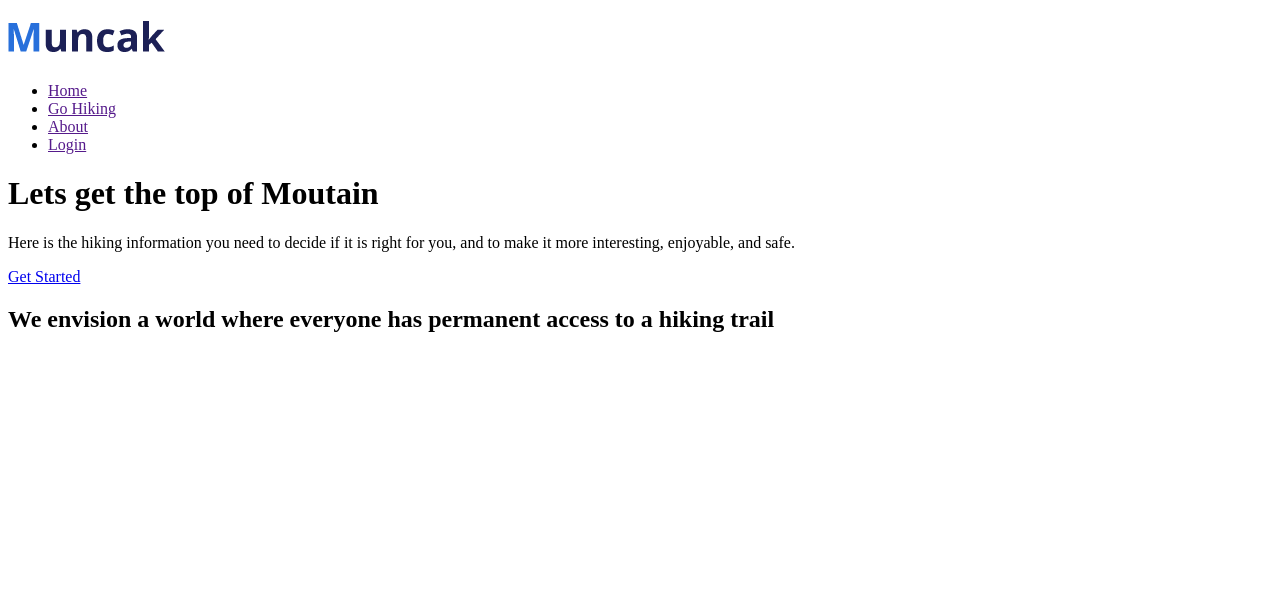
Repository: huubinh98/Project
Page: muncak/index.html
An editor plug-in stored every save of this project. The page is shown before and after the next save, followed by the edit.
The browser window is 1280 px wide. The pictures show the whole page.

Above is the page before, as saved 2021-08-28 14:22:57.

### muncak/index.html
<!DOCTYPE html>
<html lang="en">

<head>
    <meta charset="UTF-8">
    <meta http-equiv="X-UA-Compatible" content="IE=edge">
    <meta name="viewport" content="width=device-width, initial-scale=1.0">
    <link rel="stylesheet" href="./style.css">
    <link rel="preconnect" href="https://fonts.googleapis.com">
    <link rel="preconnect" href="https://fonts.gstatic.com" crossorigin>
    <link href="https://fonts.googleapis.com/css2?family=Open+Sans:wght@300;400;600;700&display=swap" rel="stylesheet">
    <title>Muncak</title>
</head>

<body>
    <header class="header">
        <div class="container">
            <h1 class="logo"><a href="" class="logo-link"><img src="./image/Muncak.png" alt="" class="logo-img"></a>
            </h1>
            <ul class="nav-list">
                <li class="nav-item">
                    <a href="" class="nav-item-link">Home</a>
                </li>
                <li class="nav-item">
                    <a href="" class="nav-item-link">Go Hiking</a>
                </li>
                <li class="nav-item">
                    <a href="" class="nav-item-link">About</a>
                </li>
                <li class="nav-item">
                    <a href="" class="nav-item-link">Login</a>
                </li>
            </ul>
        </div>
        <div class="container-small">
            <h1 class="heading-banner">Lets get the top of Moutain</h1>
            <p class="heading-desc">Here is the hiking information you need to decide
                if it is right for you, and to make it more interesting,
                enjoyable, and safe.</p>
            <a href="#" class="btn"> Get Started</a>
        </div>
    </header>
    <section class="about">
        <div class="container">
            <h2 class="container-small">We envision a world  where everyone
                has permanent access to a hiking trail</h2>
        </div>
    </section>
</body>

</html>

Loaded but not shown: muncak/style.css (no stored copy; drawn as an empty file)

After the next save:
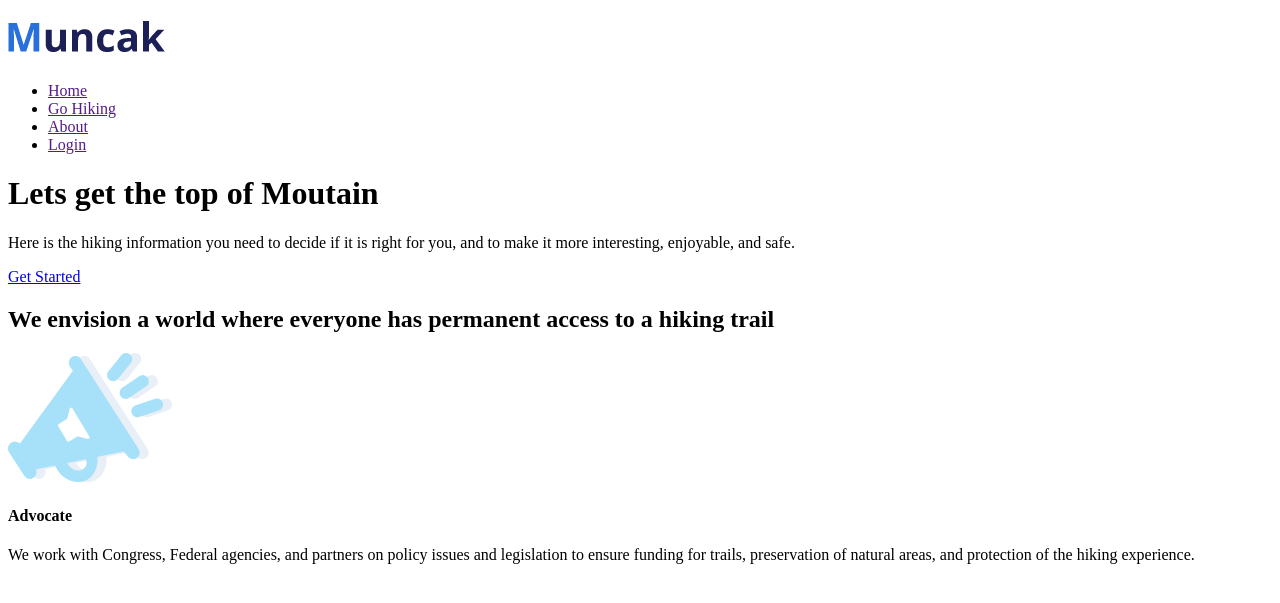
Saved 4 min 36 s later.
--- a/muncak/index.html
+++ b/muncak/index.html
@@ -45,6 +45,15 @@
             <h2 class="container-small">We envision a world  where everyone
                 has permanent access to a hiking trail</h2>
         </div>
+        <div class="container-small">
+            <div class="about-item">
+                <img src="./image/loa.png" alt="loa" class="about-img">
+                <div class="about-content">
+                    <h4 class="about-content-heading">Advocate</h4>
+                    <p class="about-content-desc">We work with Congress, Federal agencies, and partners on policy issues and legislation to ensure funding for trails, preservation of natural areas, and protection of the hiking experience.</p>
+                </div>
+            </div>
+        </div>
     </section>
 </body>
 
